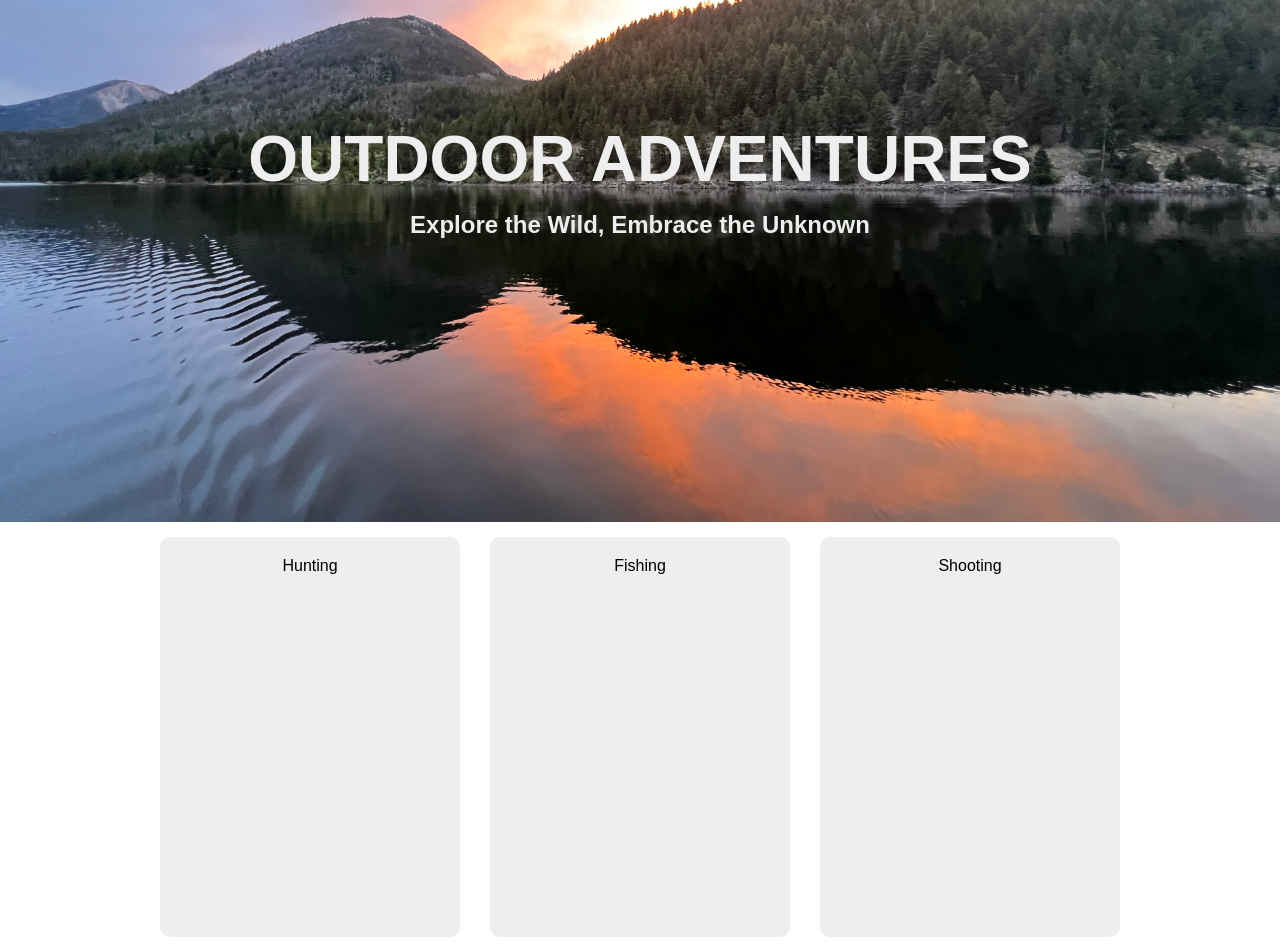
Repository: iforgotmylogin/WebDesignFinal
Page: index.html
These files come from the project's save history. The page is drawn as it stood at one moment and after the next save; the edit follows.
The browser window is 1280 px wide. The pictures show the part of the page from y = 290 to 1242 px (the page is 1242 px tall).
A picture or video elsewhere on the page could not be fetched, so the positions and the page height are approximate.

Above is the page before, as saved 2024-04-07 17:54:05.

### index.html
<!DOCTYPE html>
<html lang="en">
<head>
    <link rel="stylesheet" href="css/global.css">
    <link rel="stylesheet" href="css/navbar.css">
    <link rel="stylesheet" href="css/dropdown.css">
    <link rel="stylesheet" href="https://cdn.jsdelivr.net/npm/aos@2.3.4/dist/aos.css">
    <link rel="stylesheet" href="css/homepage.css">
    <meta http-equiv="X-UA-Compatible" content ="IE=edge">
    <meta charset="UTF-8">
    <meta name="viewport" content="width=device-width, initial-scale=1.0">
    <title>Outdoor Adventures</title>
</head>
<body>
    <header>
        <a href="#"><img src="images/outdoor-adventure-logo-color.png" alt="Logo" class="logo"></a>
       <nav>
        <ul>
            <li>
                <a href="#">About</a>
            </li>
            <li class="dropdown">
                <a href="html/Booking.html">Booking</a>
                <div class="dropdown-content">
                    <a href="#">Hunting</a>
                    <a href="#">Fishing</a>
                    <a href="#">Shooting</a>
                    <a href="#">ATV Rental</a>
                </div>
            </li>
            <li>
                <a href="html/Reviews.html">Reviews</a>
            </li>
            <li>
                <a href="#">Careers</a>
            </li>
            <li>
                <a href="#">Contact</a>
            </li>
        </ul>
    </nav>



    </header>
    <main class="hero_image">
        <h1>Outdoor Adventures</h1>
        <h2>Explore the Wild, Embrace the Unknown</h2>
    </main>

    <div class="container">
        <div class="box Hunting">Hunting</div>

        <div class="box Fishing">Fishing</div>

        <div class="box Shooting">Shooting</div>
    </div>



    <!-- Use <div data-aos="fade-up"><div> for really cool animations that use this java script!! -->
    <script src="https://cdn.jsdelivr.net/npm/aos@2.3.4/dist/aos.js"></script>
    <script>
      AOS.init();
    </script>
</body>
</html>

### css/global.css
*{
    font-family: Arial, Helvetica, sans-serif;
}
.hero_image{
    position: absolute;
    z-index: 1;
    margin: 0 auto;
    justify-content: center;
    top: 0px;
    padding: 50px;
    height: 600px;
    position: relative;
    background-image: url("../images/IMG_0679.jpeg");
    background-size: cover;
    background-position: center;
}

.hero_image h1{
    font-size: 400%;
    color: #eee;
    text-transform: uppercase;
    text-align: center;
    margin: 250px 0 auto;
}

.hero_image h2{
    margin: 15px 0 auto;
    text-align: uppercase;
    text-align: center;
    color:#eee;
}

h1.global{
    text-align: center;
}

#usrReview_1{
    outline: 2px solid red; /*This is for "debugging" where the div is and how it's behaving*/

    padding: 30px;
}

#userPfp{
    float: left;
    max-width: 90%;
    width: 200px;
    margin-right: 10px; /* adds some spacing between the image and the text*/

}

### css/navbar.css
body{
    margin:0px;
}


header{
    display: flex;
    justify-content: space-between;
    background-color: #eee;
    border-bottom: 5px white;
    box-shadow: 0 0 5px rgba(0,0,0,.2);
}

header .logo{
    height: 100px;
    padding:4px;
}

header nav{
    display: flex;
    align-items: center;
}
header nav ul{
    margin: 0px;
    padding: 0px;
    text-align: right;
    display: flex;
    width: 100%;
    justify-content: end;
}
header nav ul li{
    list-style-type: none;
}

header nav ul li a{
  text-decoration: none;
  color: #666;
  font-weight: bold;
  font-size:15px;
  text-transform:uppercase;
  font-family:Helvetica, sans-serif;
  padding:49px 30px;
  transition: all .3s linear;
}
header nav ul li a:hover{
    background-color:teal;
    color:white;
}

header nav ul li a.active{
    background-color: burlywood;
}

### css/dropdown.css
.dropbtn {
    background-color: #eee;
    color: white;
    padding: 16px;
    font-size: 16px;
    border: none;
  }

  .dropdown {
    align-items: center;
    display: inline-block;
  }

  .dropdown-content {
    display: none;
    position:absolute;
    background-color: #eee;
    min-width: 136px;
    box-shadow: 0px 8px 16px 0px rgba(0,0,0,0.2);
    z-index: 1;
    top: 14%;
  }

  /* Links inside the dropdown */
  .dropdown-content a {
    color: black;
    padding: 12px 16px;
    text-decoration: none;
    text-align: center;
    display: block;
  }

  .dropdown-content a:hover {background-color: teal;}

  .dropdown:hover .dropdown-content {display: block;}

  .dropdown:hover .dropbtn {background-color: teal;}

### css/homepage.css
*{
    margin:0;
    padding:0;
}
.container{
    position:relative;
    width: 100%;
    height: auto;
    display: flex;
    flex-direction: row;
    justify-content: center;
}
.box{
    position: relative;
    width: 300px;
    height: 400px;
    background:#eee;
    text-align: center;
    margin: 15px;
    box-sizing: border-box;
    overflow: hidden;
    padding: 20px;
    border-radius: 10px;

}

After the next save:
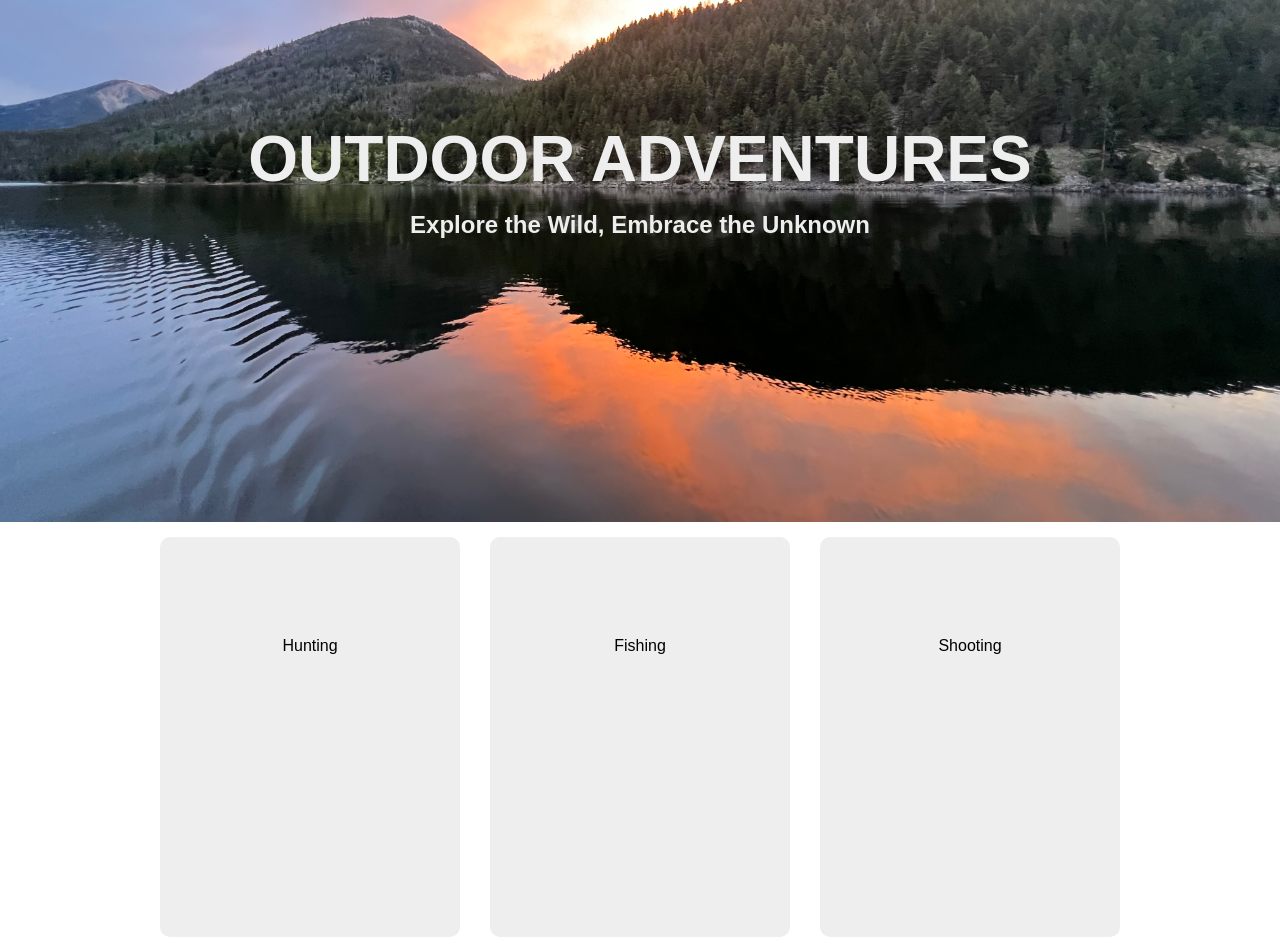
Saved 8 s later.
--- a/css/homepage.css
+++ b/css/homepage.css
@@ -19,7 +19,7 @@
     margin: 15px;
     box-sizing: border-box;
     overflow: hidden;
-    padding: 20px;
+    padding: 100px;
     border-radius: 10px;
 
 }
